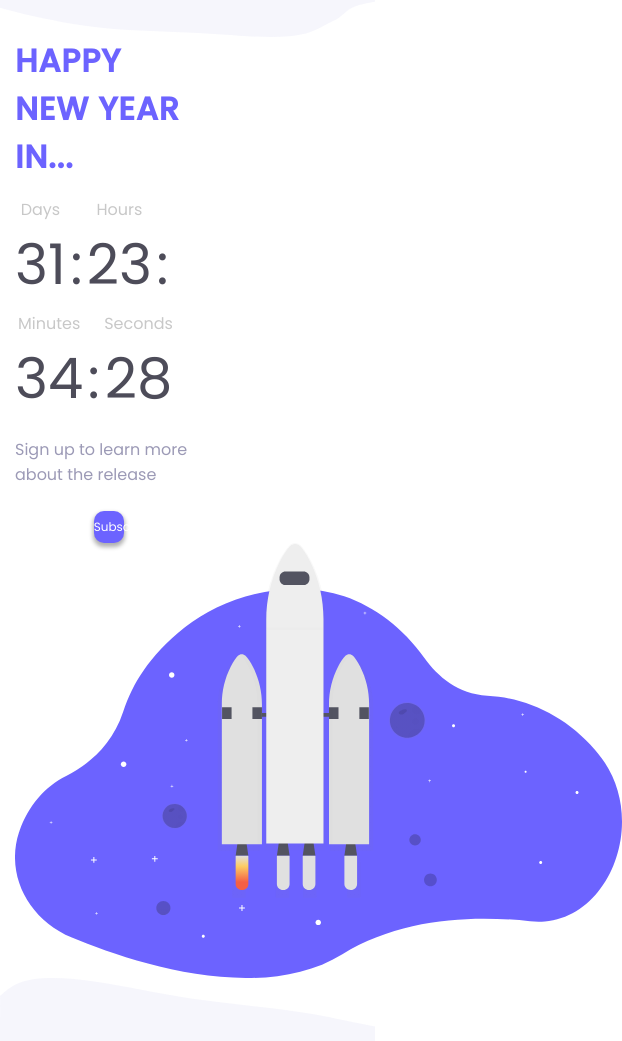
Repository: BrunoBross/countdown
Page: index.html
These files come from the project's save history. The page is drawn as it stood at one moment and after the next save; the edit follows.
The browser window is 375 px wide. The page is 622 px wide, so the pictures cover 622 px, including what lies to the right of the window. The pictures show the whole page.

Above is the page before, as saved 2021-11-30 01:24:15.

After the next save:
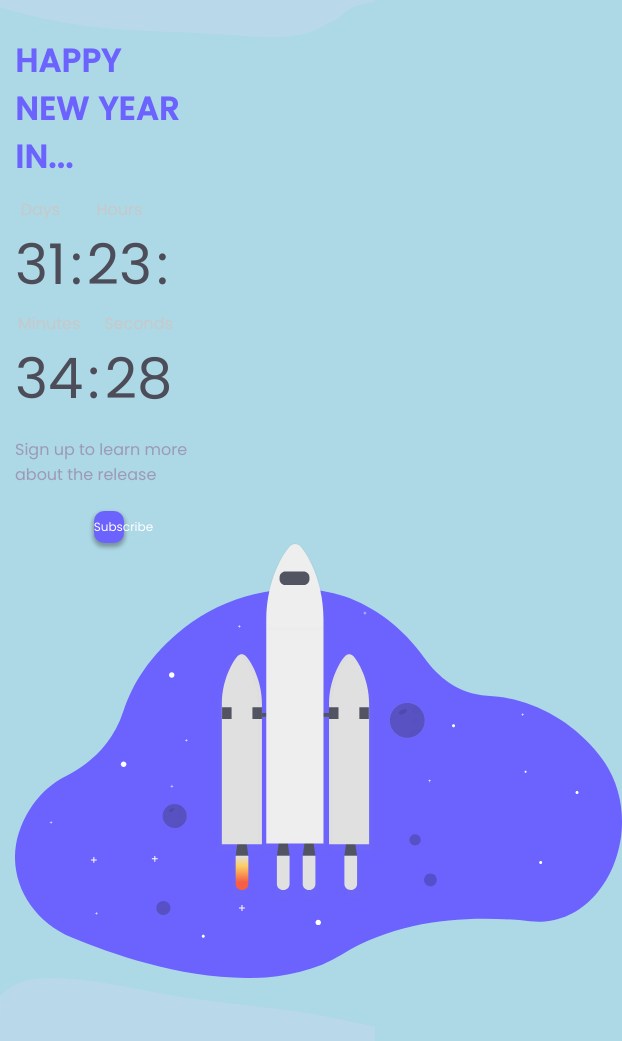
Saved 78 s later.
--- a/style.css
+++ b/style.css
@@ -94,3 +94,9 @@ body{
 .subscribe:hover{
   filter: brightness(0.9);
 }
+
+@media only screen and (max-width: 375px) {
+  body {
+    background-color: lightblue;
+  }
+}
